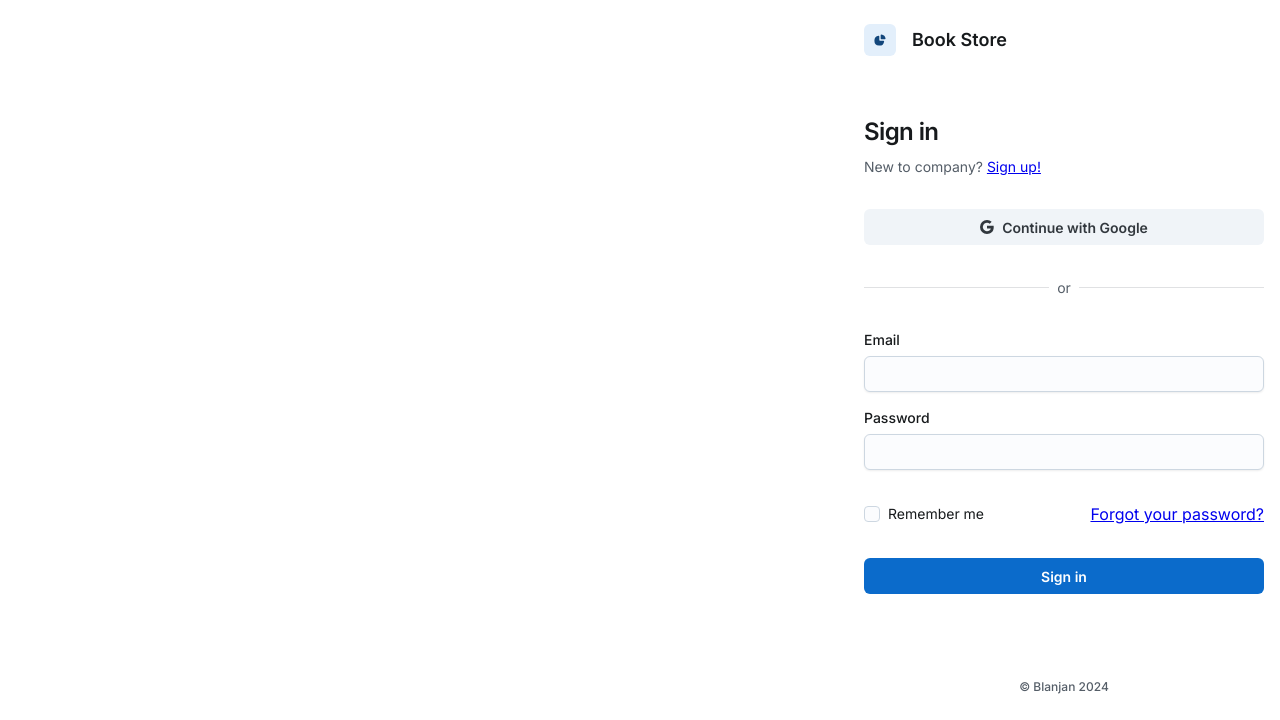
Repository: LaurentiusKevin/bookstore-fe
Page: /auth/login
An editor plug-in stored every save of this project. The page is shown before and after the next save, followed by the edit.
The browser window is 1280 px wide. The pictures show the whole page.
The project was rebuilt for these pictures with package versions that can differ from the ones it lists, and the page was loaded fresh each time. The framework's server and built-in components were replaced by stand-ins that run in the browser. Also part of the build but not shown: next.config.mjs.

Above is the page before, as saved 2024-04-07 00:53:49.

### src/app/layout.tsx
import type { Metadata } from "next";
import { Inter } from "next/font/google";
import "@fontsource/inter";
import ThemeRegistry from "@/components/admin/theme-registry";
import { Providers } from "@/providers";
import { ReactNode } from "react";

const inter = Inter({ subsets: ["latin"] });

export const metadata: Metadata = {
  title: "Create Next App",
  description: "Generated by create next app",
};

export default function RootLayout({
  children,
}: Readonly<{
  children: ReactNode;
}>) {
  return (
    <html lang="en">
      <body>
        <ThemeRegistry options={{ key: "joy" }}>
          <Providers>{children}</Providers>
        </ThemeRegistry>
      </body>
    </html>
  );
}

### src/app/auth/login/page.tsx
"use client";

import {
  Box,
  Button,
  Checkbox,
  CssBaseline,
  CssVarsProvider,
  Divider,
  FormControl,
  FormLabel,
  formLabelClasses,
  GlobalStyles,
  IconButton,
  Input,
  Stack,
  Typography,
} from "@mui/joy";
import { HiMiniChartPie } from "react-icons/hi2";
import Link from "next/link";
import { BsGoogle } from "react-icons/bs";
import { useRouter } from "next/navigation";
import { useForm } from "react-hook-form";
import SnackbarCustom from "@/components/snackbar-custom";
import { useState } from "react";

interface FormData {
  email: string;
  password: string;
}

export default function AuthSignIn() {
  const route = useRouter();
  const [snackbarOpen, setSnackbarOpen] = useState(false);
  const [snackbarColor, setSnackbarColor] = useState("");
  const [snackbarContent, setSnackbarContent] = useState("");

  const {
    register,
    handleSubmit,
    watch,
    setValue,
    resetField,
    formState: { errors },
  } = useForm<FormData>();

  const onSignIn = (data: FormData) => {
    // void authMutation.mutate(data);
  };

  return (
    <CssVarsProvider defaultMode="dark" disableTransitionOnChange>
      <CssBaseline />
      <GlobalStyles
        styles={{
          ":root": {
            "--Collapsed-breakpoint": "769px", // form will stretch when viewport is below `769px`
            "--Cover-width": "50vw", // must be `vw` only
            "--Form-maxWidth": "800px",
            "--Transition-duration": "0.4s", // set to `none` to disable transition
          },
        }}
      />
      <Box
        sx={(theme) => ({
          // width:
          //   "clamp(100vw - var(--Cover-width), (var(--Collapsed-breakpoint) - 100vw) * 999, 100vw)",
          transition: "width var(--Transition-duration)",
          transitionDelay: "calc(var(--Transition-duration) + 0.1s)",
          position: "relative",
          zIndex: 1,
          display: "flex",
          justifyContent: "flex-end",
          backdropFilter: "blur(12px)",
          backgroundColor: "rgba(255 255 255 / 0.2)",
          [theme.getColorSchemeSelector("dark")]: {
            backgroundColor: "rgba(19 19 24 / 0.4)",
          },
        })}
      >
        <Box
          sx={{
            display: "flex",
            flexDirection: "column",
            minHeight: "100dvh",
            // width:
            //   "clamp(var(--Form-maxWidth), (var(--Collapsed-breakpoint) - 100vw) * 999, 100%)",
            maxWidth: "100%",
            px: 2,
          }}
        >
          <Box
            component="header"
            sx={{
              py: 3,
              display: "flex",
              alignItems: "left",
              justifyContent: "space-between",
            }}
          >
            <Box sx={{ gap: 2, display: "flex", alignItems: "center" }}>
              <IconButton variant="soft" color="primary" size="sm">
                <HiMiniChartPie />
              </IconButton>
              <Typography level="title-lg">Book Store</Typography>
            </Box>
            {/*<ColorSchemeToggle />*/}
          </Box>
          <Box
            component="main"
            sx={{
              my: "auto",
              py: 2,
              pb: 5,
              display: "flex",
              flexDirection: "column",
              gap: 2,
              width: 400,
              maxWidth: "100%",
              mx: "auto",
              borderRadius: "sm",
              "& form": {
                display: "flex",
                flexDirection: "column",
                gap: 2,
              },
              [`& .${formLabelClasses.asterisk}`]: {
                visibility: "hidden",
              },
            }}
          >
            <Stack gap={4} sx={{ mb: 2 }}>
              <Stack gap={1}>
                <Typography level="h3">Sign in</Typography>
                <Typography level="body-sm">
                  New to company?{" "}
                  <Link href="#replace-with-a-link">Sign up!</Link>
                </Typography>
              </Stack>
              <Button
                variant="soft"
                color="neutral"
                fullWidth
                startDecorator={<BsGoogle />}
              >
                Continue with Google
              </Button>
            </Stack>
            <Divider
              sx={(theme) => ({
                [theme.getColorSchemeSelector("light")]: {
                  color: { xs: "#FFF", md: "text.tertiary" },
                  "--Divider-lineColor": {
                    xs: "#FFF",
                    md: "var(--joy-palette-divider)",
                  },
                },
              })}
            >
              or
            </Divider>
            <Stack gap={4} sx={{ mt: 2 }}>
              <form onSubmit={handleSubmit(onSignIn)}>
                <FormControl required>
                  <FormLabel>Email</FormLabel>
                  <Input
                    {...register("email", { required: "Required!" })}
                    type="email"
                    name="email"
                  />
                </FormControl>
                <FormControl required>
                  <FormLabel>Password</FormLabel>
                  <Input
                    {...register("password", { required: "Required!" })}
                    type="password"
                    name="password"
                  />
                </FormControl>
                <Stack gap={4} sx={{ mt: 2 }}>
                  <Box
                    sx={{
                      display: "flex",
                      justifyContent: "space-between",
                      alignItems: "center",
                    }}
                  >
                    <Checkbox size="sm" label="Remember me" name="persistent" />
                    <Link href="#replace-with-a-link">
                      Forgot your password?
                    </Link>
                  </Box>
                  <Button type="submit" fullWidth>
                    Sign in
                  </Button>
                </Stack>
              </form>
            </Stack>
          </Box>
          <Box component="footer" sx={{ py: 3 }}>
            <Typography level="body-xs" textAlign="center">
              © Blanjan {new Date().getFullYear()}
            </Typography>
          </Box>
        </Box>
      </Box>
      {/* <Box
        sx={(theme) => ({
          height: "100%",
          position: "fixed",
          right: 0,
          top: 0,
          bottom: 0,
          left: "clamp(0px, (100vw - var(--Collapsed-breakpoint)) * 999, 100vw - var(--Cover-width))",
          transition:
            "background-image var(--Transition-duration), left var(--Transition-duration) !important",
          transitionDelay: "calc(var(--Transition-duration) + 0.1s)",
          backgroundColor: "background.level1",
          backgroundSize: "cover",
          backgroundPosition: "center",
          backgroundRepeat: "no-repeat",
          backgroundImage:
            "url(https://images.unsplash.com/photo-1527181152855-fc03fc7949c8?auto=format&w=1000&dpr=2)",
          [theme.getColorSchemeSelector("dark")]: {
            backgroundImage:
              "url(https://images.unsplash.com/photo-1572072393749-3ca9c8ea0831?auto=format&w=1000&dpr=2)",
          },
        })}
      /> */}
      <SnackbarCustom
        autoHideDuration={5000}
        variant="soft"
        onClose={() => setSnackbarOpen(false)}
        open={snackbarOpen}
      >
        {snackbarContent}
      </SnackbarCustom>
    </CssVarsProvider>
  );
}

### src/components/admin/theme-registry.tsx
"use client";
import createCache from "@emotion/cache";
import { useServerInsertedHTML } from "next/navigation";
import { CacheProvider } from "@emotion/react";
import { CssVarsProvider } from "@mui/joy/styles";
import CssBaseline from "@mui/joy/CssBaseline";
import * as React from "react";
import { ReactNode } from "react";

// This implementation is from emotion-js
// https://github.com/emotion-js/emotion/issues/2928#issuecomment-1319747902
export default function ThemeRegistry(props: {
  options: { key: string };
  children: ReactNode;
}) {
  const { options, children } = props;

  const [{ cache, flush }] = React.useState(() => {
    const cache = createCache(options);
    cache.compat = true;
    const prevInsert = cache.insert;
    let inserted: string[] = [];
    cache.insert = (...args) => {
      const serialized = args[1];
      if (cache.inserted[serialized.name] === undefined) {
        inserted.push(serialized.name);
      }
      return prevInsert(...args);
    };
    const flush = () => {
      const prevInserted = inserted;
      inserted = [];
      return prevInserted;
    };
    return { cache, flush };
  });

  useServerInsertedHTML(() => {
    const names = flush();
    if (names.length === 0) {
      return null;
    }
    let styles = "";
    for (const name of names) {
      styles += cache.inserted[name];
    }
    return (
      <style
        key={cache.key}
        data-emotion={`${cache.key} ${names.join(" ")}`}
        dangerouslySetInnerHTML={{
          __html: styles,
        }}
      />
    );
  });

  return (
    <CacheProvider value={cache}>
      <CssVarsProvider>
        {/* the custom theme is optional */}
        <CssBaseline />
        {children}
      </CssVarsProvider>
    </CacheProvider>
  );
}

### src/providers.tsx
"use client";

import React, { ReactNode } from "react";

export function Providers({ children }: { children: ReactNode }) {
  return <>{children}</>;
}

### src/components/snackbar-custom.tsx
import { Snackbar, SnackbarProps } from "@mui/joy";
import { UseSnackbarParameters } from "@mui/base";
import { ReactNode } from "react";

interface SnackbarCustomInterface extends UseSnackbarParameters {
  children: ReactNode;
}

export default function SnackbarCustom({
  autoHideDuration,
  open,
  onClose,
  color,
  variant,
  children,
}: SnackbarCustomInterface & SnackbarProps) {
  return (
    <Snackbar
      autoHideDuration={autoHideDuration}
      open={open}
      onClose={onClose}
      color={color}
      variant={variant}
    >
      {children}
    </Snackbar>
  );
}

After the next save:
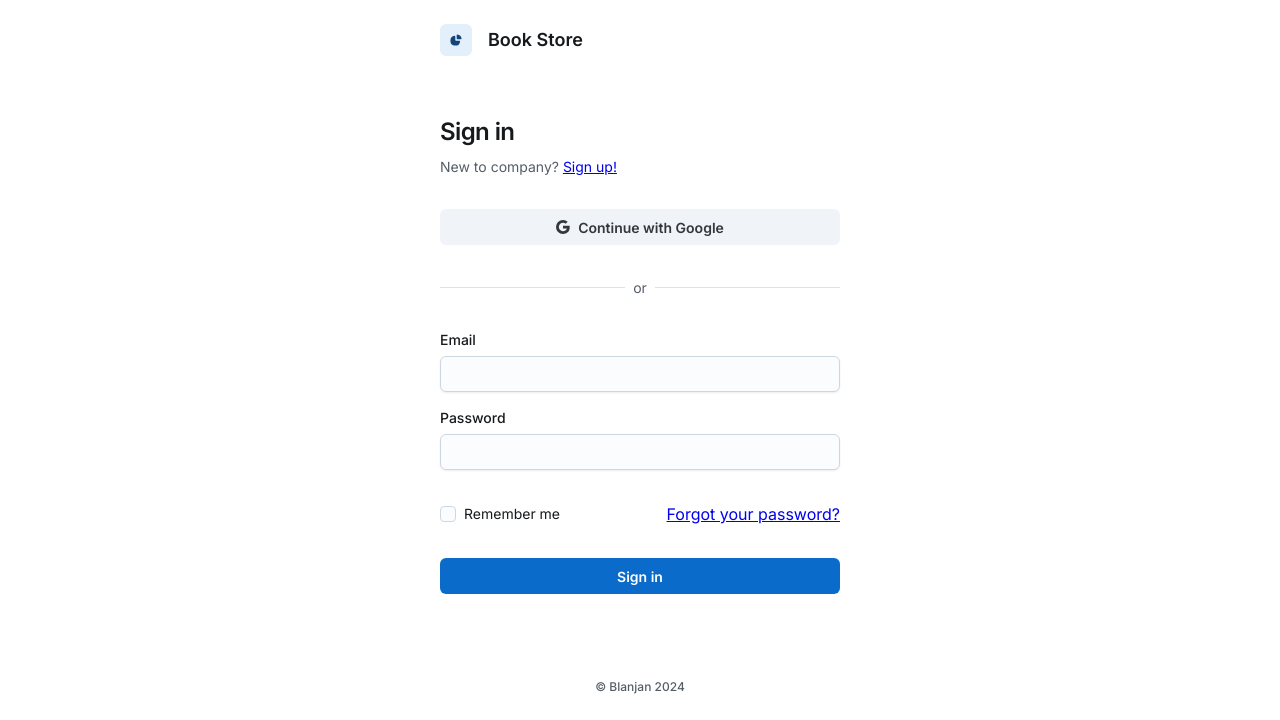
Saved 27 s later.
--- a/src/app/auth/login/page.tsx
+++ b/src/app/auth/login/page.tsx
@@ -70,7 +70,7 @@ export default function AuthSignIn() {
           position: "relative",
           zIndex: 1,
           display: "flex",
-          justifyContent: "flex-end",
+          justifyContent: "center",
           backdropFilter: "blur(12px)",
           backgroundColor: "rgba(255 255 255 / 0.2)",
           [theme.getColorSchemeSelector("dark")]: {
